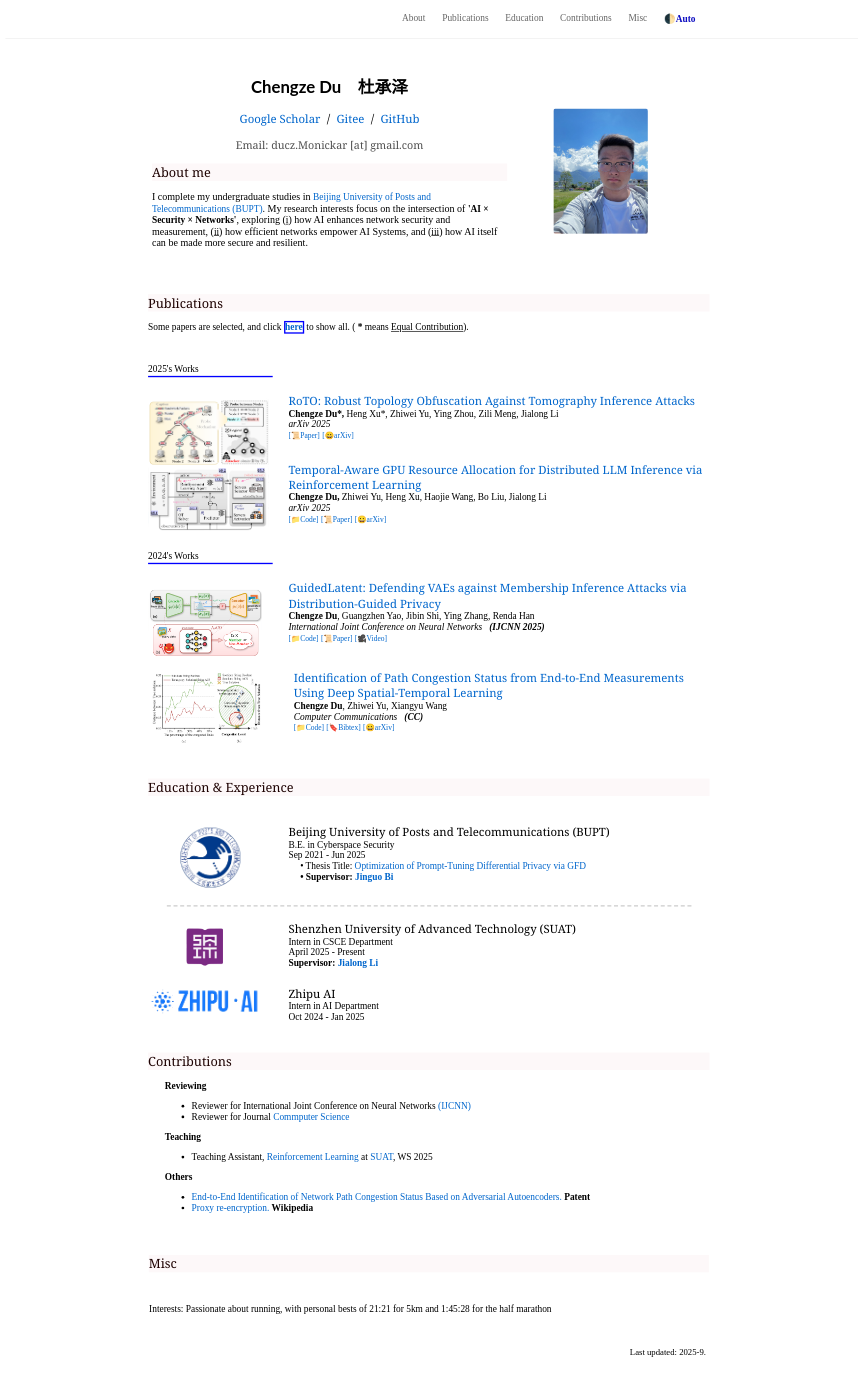
Repository: Monickar/Monickar.github.io
Page: index.html
The author's editor kept a copy of each file at every save. The page is drawn from the files as they stood at one save, then again after the next save.
The browser window is 1280 px wide. The pictures show the whole page, at 67% of full size.

Above is the page before, as saved 2025-10-28 19:02:11.

After the next save:
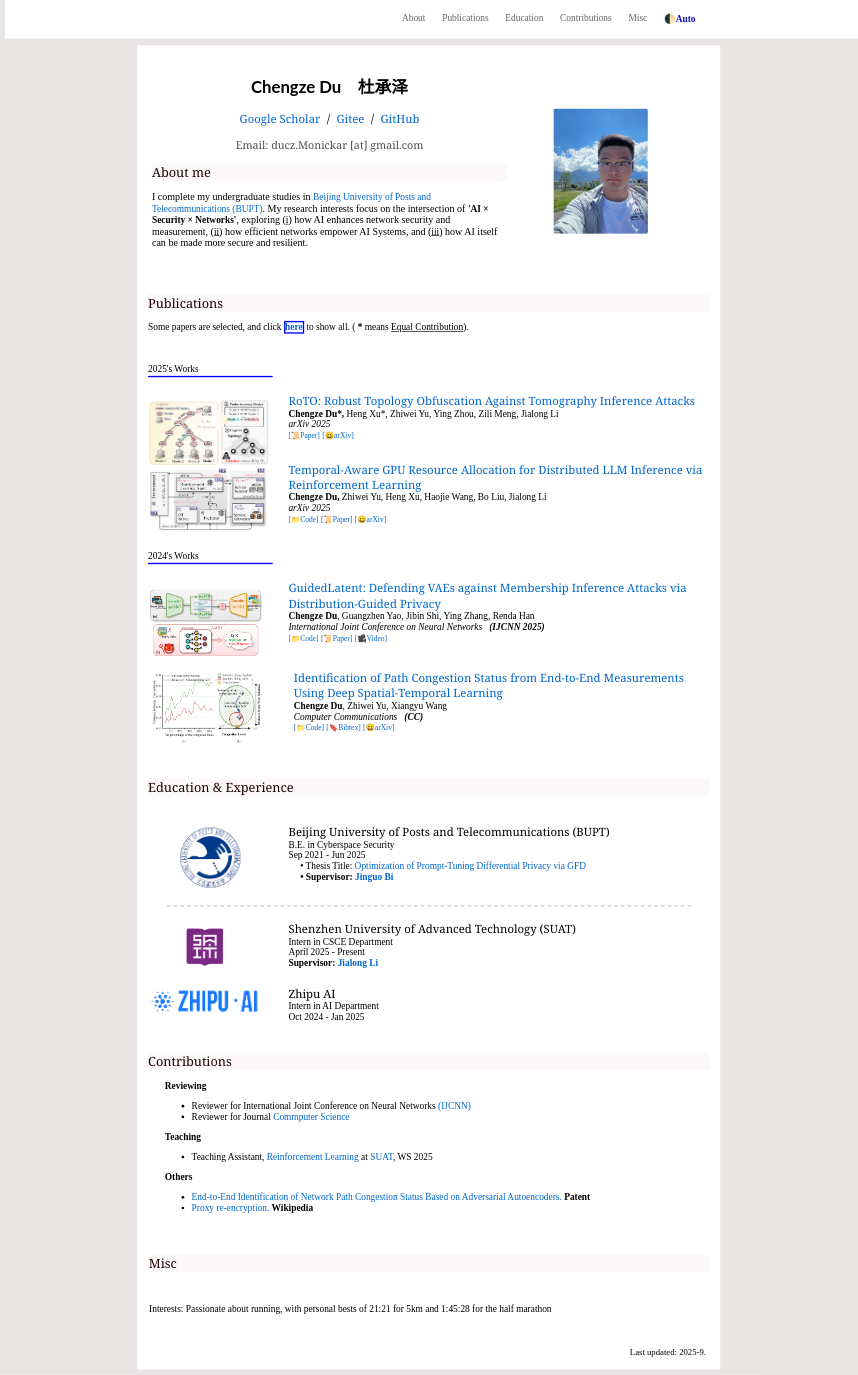
Saved 11 s later.
--- a/styles.css
+++ b/styles.css
@@ -21,7 +21,7 @@
 }
 
 .bodycolor {
-  background-color: #ffffff;
+  background-color: #eae5e5;
 }
 
 a {

After the save that followed:
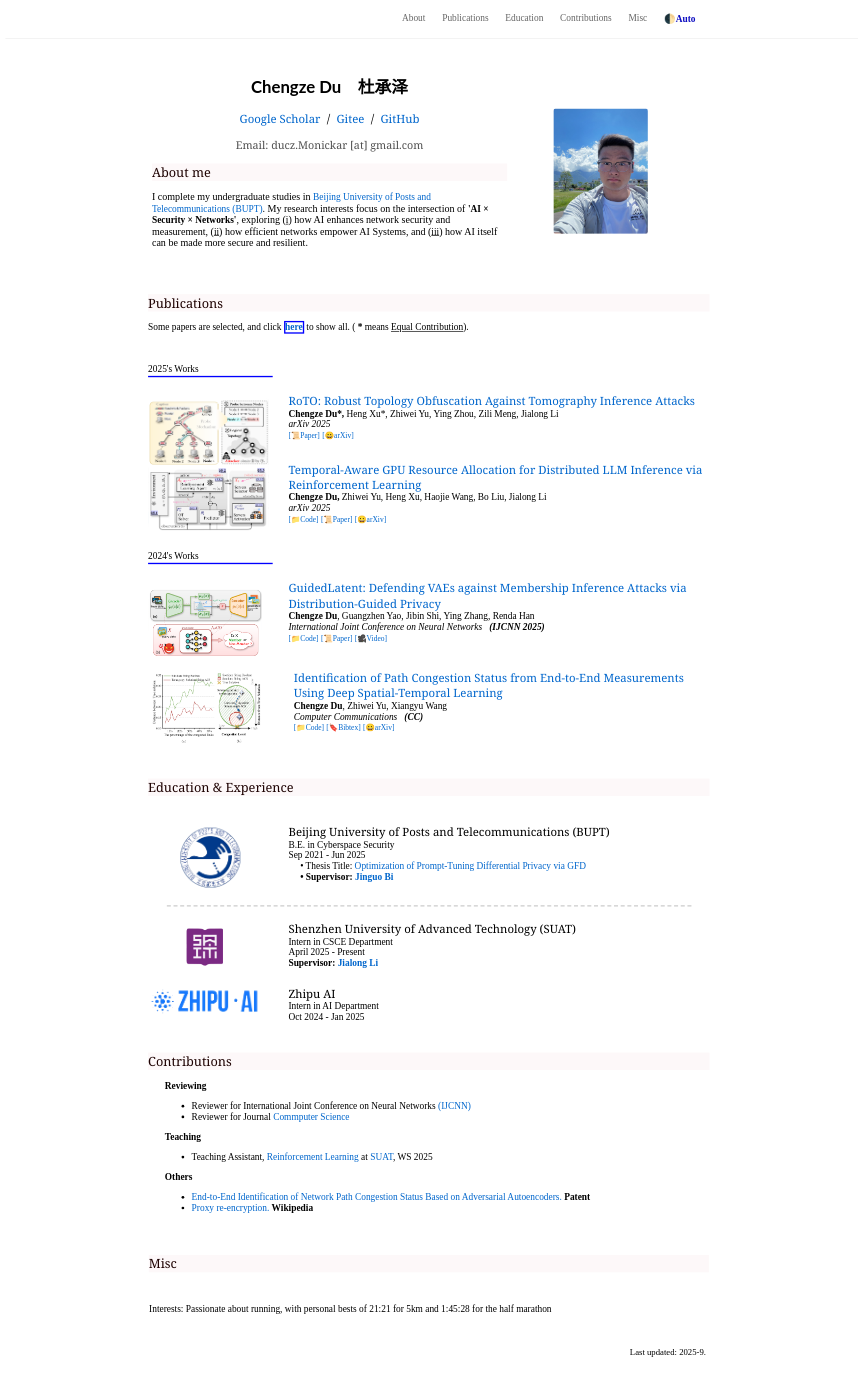
Saved 8 s later.
--- a/styles.css
+++ b/styles.css
@@ -21,7 +21,7 @@
 }
 
 .bodycolor {
-  background-color: #eae5e5;
+  background-color: #eae5e500;
 }
 
 a {
